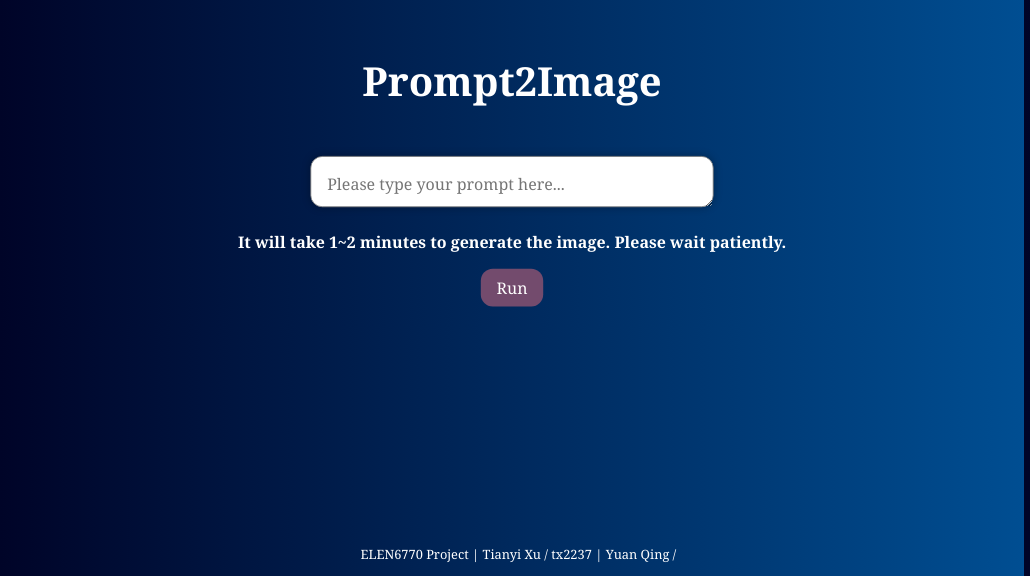
Repository: XTTTZ/Prompt2Image
Page: main4.html
An editor plug-in stored every save of this project. The page is shown before and after the next save, followed by the edit.
The browser window is 1280 px wide. The page is 1288 px wide, so the pictures cover 1288 px, including what lies to the right of the window. The pictures show the whole page, at 80% of full size.
The page's requests for data from a server got no answer.

Above is the page before, as saved 2023-12-01 00:19:14.

### main4.html
<!DOCTYPE html>
<html lang="en">

<head>
    <meta charset="UTF-8">
    <meta name="viewport" content="width=device-width, initial-scale=1.0">
    <title>Prompt2Image</title>
    <style>
        .center-label {
            text-align: center;
        }

        body {
            font-family: Georgia, serif;
            background: linear-gradient(to right, #000428, #004e92);
            /* 使图片覆盖整个背景 */
            color: #fff
        }

        header {
            background-color: rgba(0, 0, 0, 0);
            color: #fff;
            text-align: center;
            padding: 1em;
            font-family: Georgia, serif;
            font-size: 25px;
        }

        h1 {
            margin-bottom: 0.5em;
        }

        form {
            display: flex;
            /* 设置为Flex容器 */
            flex-direction: column;
            /* 子元素垂直堆叠 */
            align-items: center;
            /* 垂直居中 */
            justify-content: center;
            /* 水平居中，如果需要 */
            height: 100%;
            /* 根据需要设置高度 */
            font-size: 20px;
        }

        label {
            font-weight: bold;
            text-align: center;
            font-size: 20px;
        }

        textarea {
            padding-left: 1em;
            padding-top: 1em;
            margin: 0.5em 0;
            width: 24em;
            height: 2em;
            text-align: left;
            vertical-align: top;
            font-size: 20px;
            border-radius: 15px;
            box-shadow: 0 0 10px rgba(0, 0, 0, 0.3);
            font-family: Georgia, serif;

        }

        button {
            padding: 0.5em 1em;
            background-color: #734b6d;
            color: #fff;
            border: none;
            cursor: pointer;
            border-radius: 15px;
            font-size: 20px;
            font-family: Georgia, serif;
        }

        button:hover {
            background-color: #555;
        }

        img {
            border-radius: 15px;
        }

        #generatedImages {
            border-radius: 15px;
            text-align: center;
            margin: 1em;
            padding: 1em;
            background-color: #ffffff00;
        }
    </style>
</head>

<body>
    <header>
        <h1>Prompt2Image</h1>
    </header>

    <form id="searchForm">
        <textarea placeholder="Please type your prompt here..." type="text" id="searchInput"
            name="searchInput"></textarea>
        <label>
            <p>It will take 1~2 minutes to generate the image. Please wait patiently.</p>
        </label>
    </form>
    <form id="generateForm" style="gap: 15px;">
        <button type="button" onclick="performSearch()">Run</button>
        <label id="timeValue"></label>
    </form>
    <!-- Display generated images -->
    <form id="exampleForm">
    </form>
    <div style="display:none" id="generatedImages"></div>


    <form id="downloadForm" style="gap: 10px;">
        <button id="downloadButton" onclick="downloadImages()" style="display:none">Download Images</button>
    </form>

    <footer style="position:absolute; bottom:0; text-align: center;width:100%">
        <p>ELEN6770 Project | Tianyi Xu / tx2237 | Yuan Qing / </p>
    </footer>

    <script>
        var server_addr = '34.67.111.69';
        var ip_addr;
        var second = 0;
        var clock;
        fetch('http://' + server_addr + '/ip', {
            method: 'GET',
            headers: {
                'Content-Type': 'application/x-www-form-urlencoded',
            },
        })
            .then(response => { return response.json() })
            .then(data => {
                ip_addr = data.ip_addr;
                console.log('ip_addr');
            }
            );
        function startTimer() {
            clearInterval(clock);
            clock = setInterval(timer, 1000);
            second = 0;
            timeValue.style.display = 'block';
            document.getElementById('timeValue').innerText = 'Run Time: ' + second + 's';
        }

        function timer() {
            second++;
            document.getElementById('timeValue').innerText = 'Run Time: ' + second + 's';
        }

        function stopTimer() {
            clearInterval(clock);
            clock = null;
            console.log('timerstop');
            document.getElementById('timeValue').innerText = 'Run Time: ' + second + 's';
        }

        function performSearch() {
            var searchInput = document.getElementById('searchInput').value;
            if (searchInput == '') {
                document.getElementById('timeValue').innerText = 'Please type your prompt!';
            }
            else {
                document.getElementById('generatedImages').style.display = 'none';
                document.getElementById('downloadButton').style.display = 'none';
                fetch('http://' + server_addr + ':5000/search', {
                    method: 'POST',
                    headers: {
                        'Content-Type': 'application/x-www-form-urlencoded',
                    },
                    body: 'text=' + encodeURIComponent(searchInput)
                })
                    .then(response => {
                        return response.json();
                    })
                    .then(data => { checkStatusPic() });
                startTimer();
            }
        }

        function checkStatusPic() {
            stopTimer();
            var generatedImagesContainer = document.getElementById('generatedImages');
            var downloadButton = document.getElementById('downloadButton');

            // Clear previous content
            generatedImagesContainer.innerHTML = '';

            // Append image elements dynamically
            var img = document.createElement('img');
            img.src = 'http://' + server_addr + '/image/' + ip_addr + '/0?time=' + new Date().getTime();
            generatedImagesContainer.appendChild(img);
            // Display the container and download button
            generatedImagesContainer.style.display = 'block';
            downloadButton.style.display = 'block';
        }

        function downloadImages() {
            // Create a link element for each image and trigger download
            var url = 'http://' + server_addr + '/image/' + ip_addr + '/0?time=' + new Date().getTime();
            var downloadLink = document.createElement('a');
            downloadLink.href = url;
            // 指定下载的文件名，您可以根据需要更改它
            downloadLink.download = 'image.png';
            // 将 <a> 元素添加到文档中并点击它
            document.body.appendChild(downloadLink);
            downloadLink.click();
            // 清理并移除 <a> 元素
            document.body.removeChild(downloadLink);
        }
    </script>
</body>

</html>

After the next save:
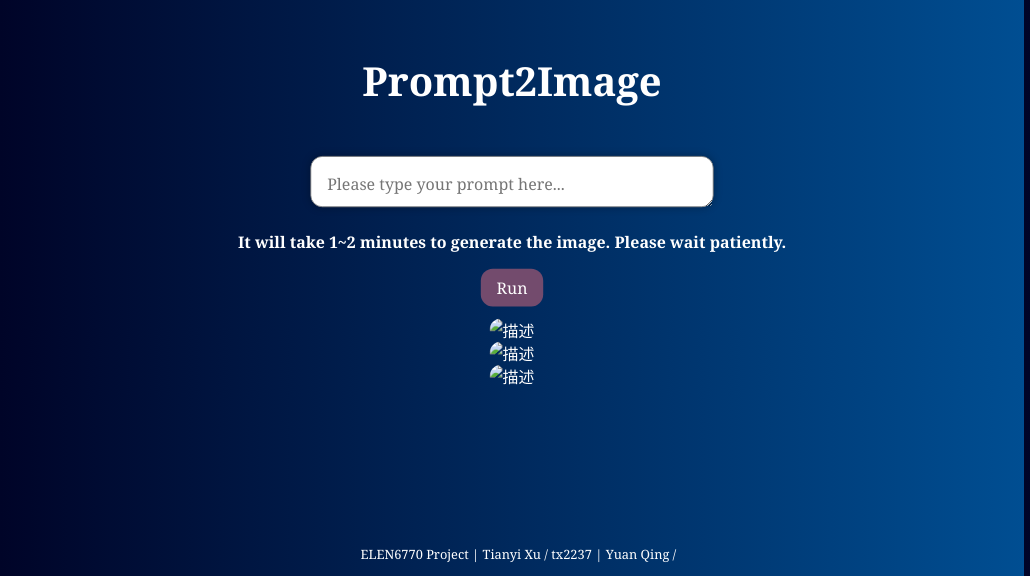
Not found: image.jpg
Saved 5 min 53 s later.
--- a/main4.html
+++ b/main4.html
@@ -112,6 +112,9 @@
     </form>
     <!-- Display generated images -->
     <form id="exampleForm">
+        <img src="image.jpg" alt="描述">
+        <img src="image.jpg" alt="描述">
+        <img src="image.jpg" alt="描述">
     </form>
     <div style="display:none" id="generatedImages"></div>
 

After the save that followed:
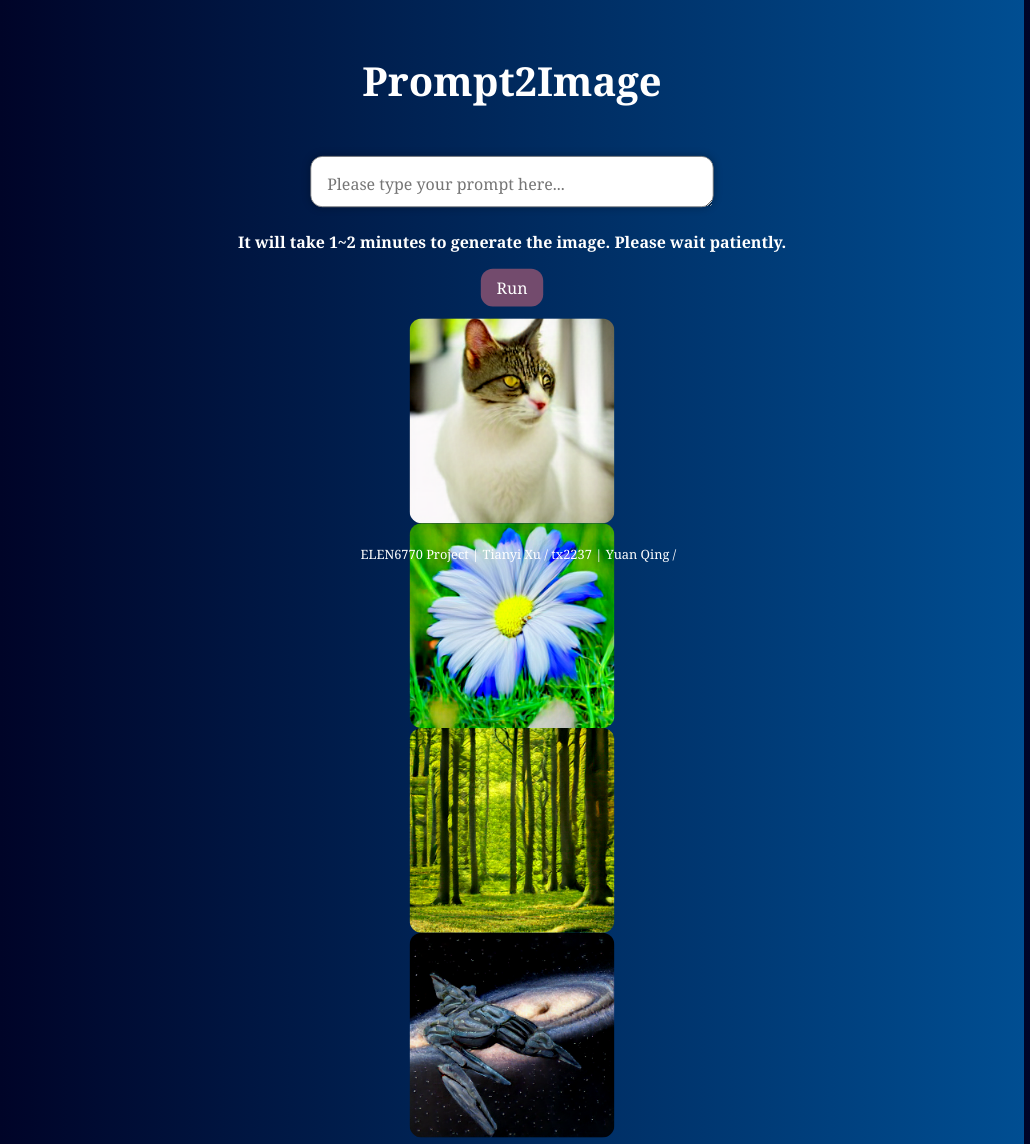
Saved 41 s later.
--- a/main4.html
+++ b/main4.html
@@ -112,9 +112,10 @@
     </form>
     <!-- Display generated images -->
     <form id="exampleForm">
-        <img src="image.jpg" alt="描述">
-        <img src="image.jpg" alt="描述">
-        <img src="image.jpg" alt="描述">
+        <img src="/static/cute cat.png" alt="描述">
+        <img src="/static/flower on grass.png" alt="描述">
+        <img src="/static/forest.png" alt="描述">
+        <img src="/static/spaceship in galaxy.png" alt="描述">
     </form>
     <div style="display:none" id="generatedImages"></div>
 
